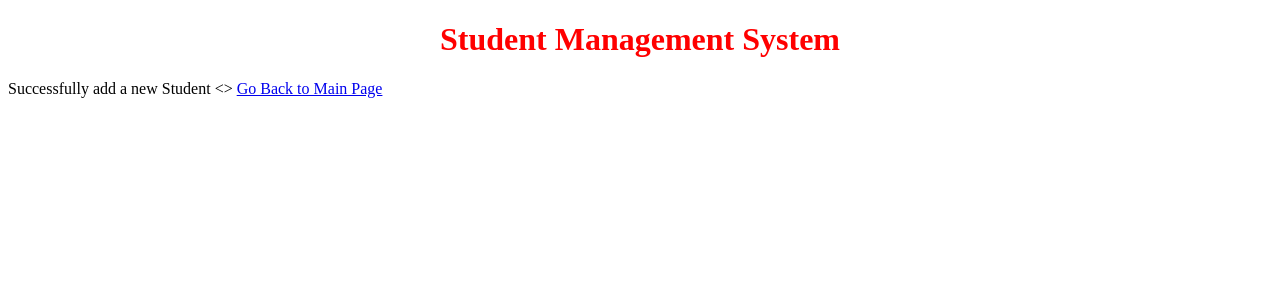
Repository: Aviligonda/Servlet_Programs
Page: http://localhost/StudentManagementSystem/addStudent.jsp
An editor plug-in stored every save of this project. The page is shown before and after the next save, followed by the edit.
The browser window is 1280 px wide. The pictures show the whole page.
The page is served by Tomcat 9.

Above is the page before, as saved 2024-11-25 12:44:04.

After the next save:
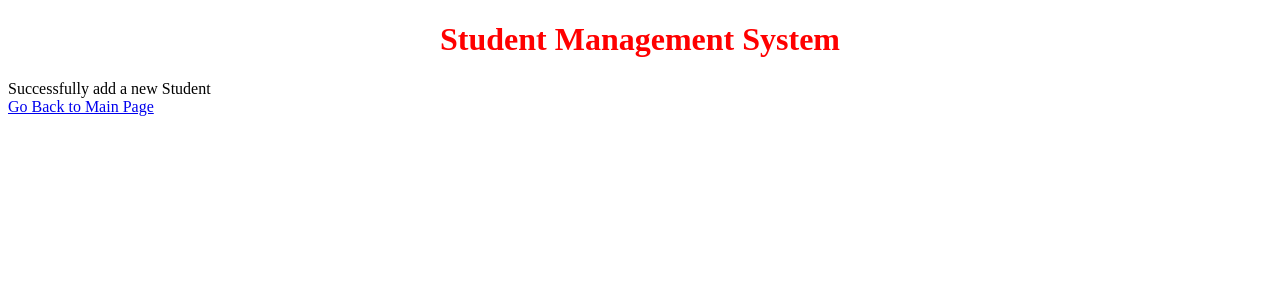
Saved 5 s later.
--- a/StudentManagementSystem/src/main/webapp/addStudent.jsp
+++ b/StudentManagementSystem/src/main/webapp/addStudent.jsp
@@ -24,7 +24,7 @@
 	pStatement.setString(3, branch);
 	pStatement.setString(4, contactNumber);
 	pStatement.execute();
-	out.println("Successfully add a new Student <>");
+	out.println("Successfully add a new Student <br>");
 
 	%>
 	<a href = "index.jsp">Go Back to Main Page</a>
